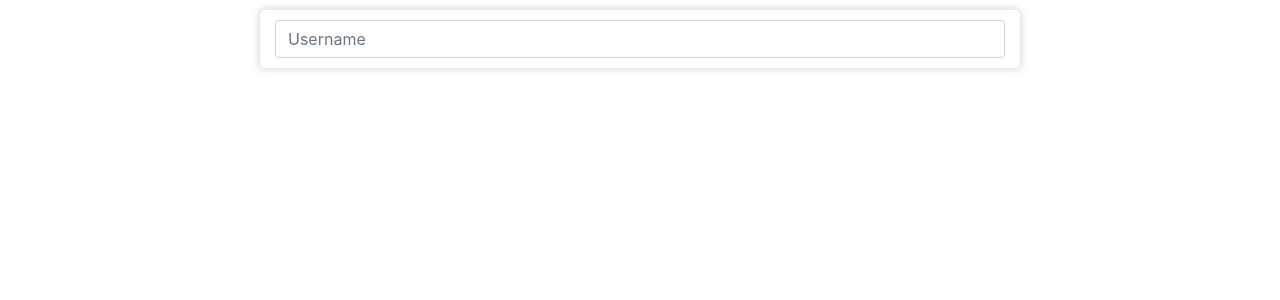
Repository: iian0910/vue3_todoList
Page: /
An editor plug-in stored every save of this project. The page is shown before and after the next save, followed by the edit.
The browser window is 1280 px wide. The pictures show the whole page.
The project was rebuilt for these pictures with package versions that can differ from the ones it lists, and the page was loaded fresh each time.

Above is the page before, as saved 2021-02-23 14:50:02.

After the next save:
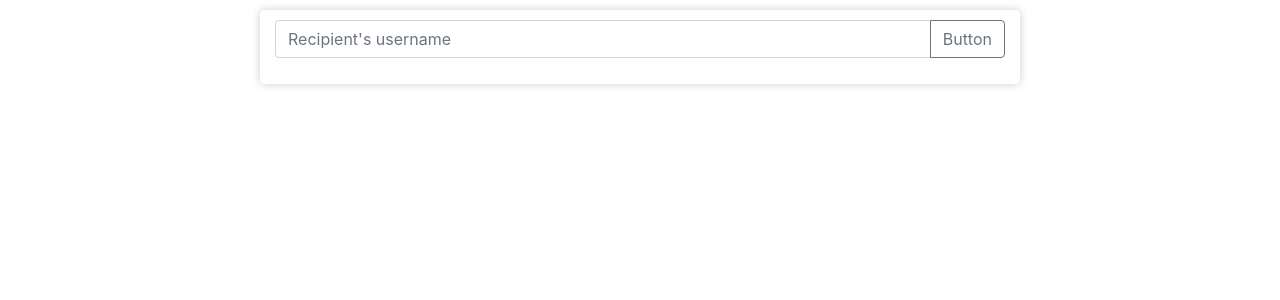
Saved 100 s later.
--- a/src/components/TodoList.vue
+++ b/src/components/TodoList.vue
@@ -2,7 +2,12 @@
   <div class="container">
     <div class="row">
       <div class="col-8 offset-2 content">
-        <input type="text" class="form-control" placeholder="Username">
+        <div class="input-group mb-3">
+          <input type="text" class="form-control" placeholder="Recipient's username">
+          <div class="input-group-append">
+            <button class="btn btn-outline-secondary" type="button">Button</button>
+          </div>
+        </div>
       </div>
     </div>
   </div>
